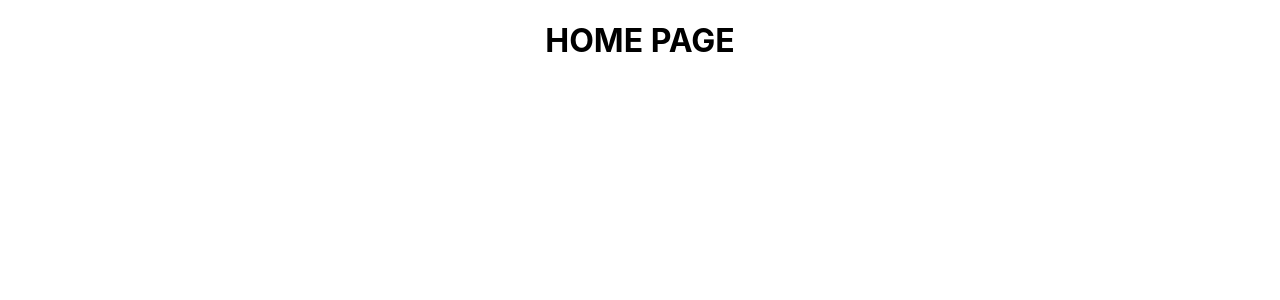
Repository: mohamediyas/boilermdIyas
Page: /
The author's editor kept a copy of each file at every save. The page is drawn from the files as they stood at one save, then again after the next save.
The browser window is 1280 px wide. The pictures show the whole page.
The project was rebuilt for these pictures with package versions that can differ from the ones it lists, and the page was loaded fresh each time. Also part of the build but not shown: src/BoilerPlate/Router/Component/About.js, src/BoilerPlate/Router/Component/Contact.js, src/BoilerPlate/Router/Component/Error.js.

Above is the page before, as saved 2021-01-08 21:03:30.

After the next save:
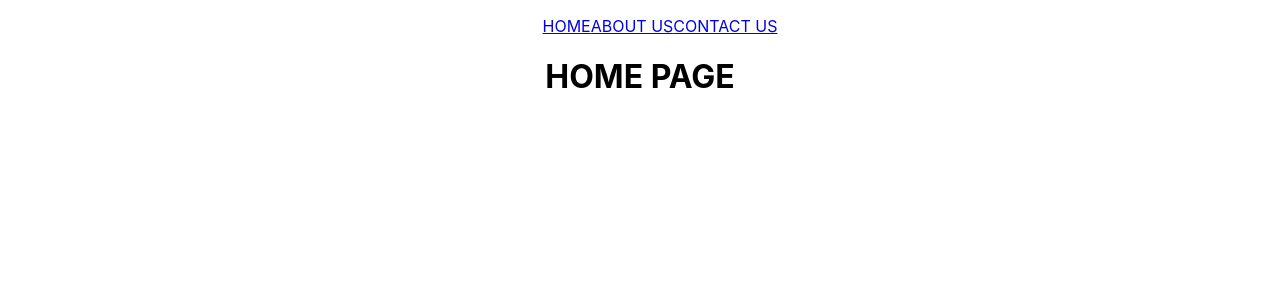
Saved 25 s later.
--- a/src/BoilerPlate/Router/Routers.js
+++ b/src/BoilerPlate/Router/Routers.js
@@ -4,11 +4,13 @@ import About from "./Component/About";
 import Home from "./Component/Home";
 import Contact from "./Component/Contact";
 import Error from "./Component/Error";
+import Navbar from "./Component/Navbar";
 
 const Routers = () => {
   return (
     <div>
       <Router>
+        <Navbar />
         <Switch>
           <Route exact path="/">
             <Home />
